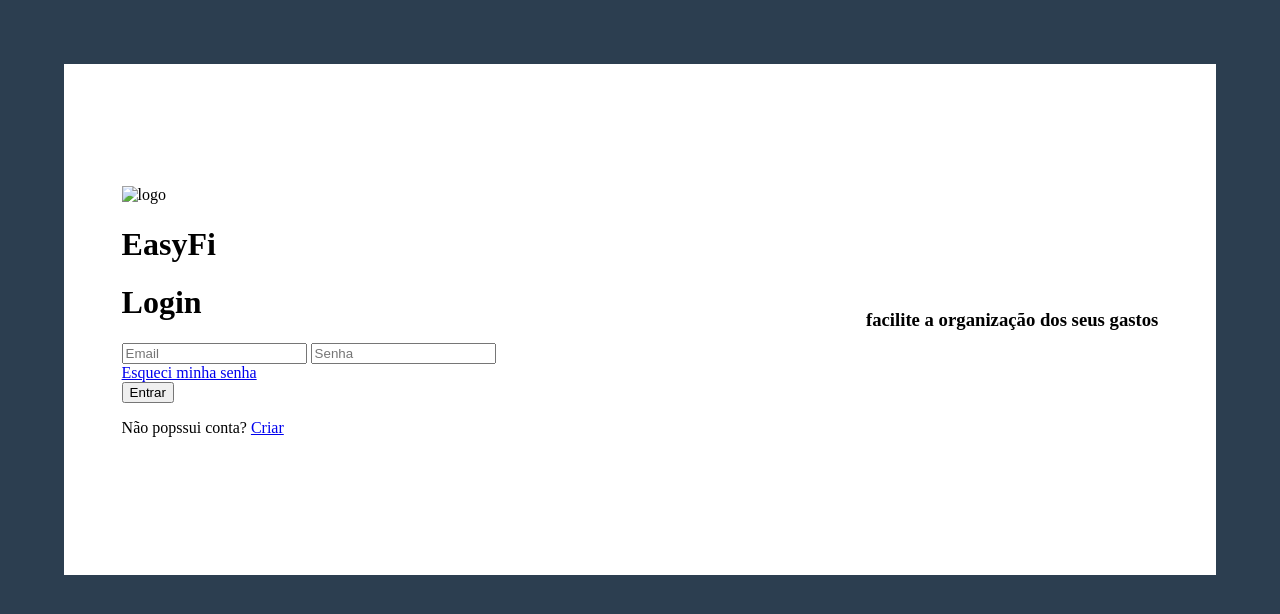
Repository: Ingridiag/projeto-engenharia
Page: login.html
These files come from the project's save history. The page is drawn as it stood at one moment and after a run of saves; the edit follows.
The browser window is 1280 px wide. The pictures show the whole page.

Above is the page before, as saved 2024-10-28 15:17:28.

After the next 6 saves:
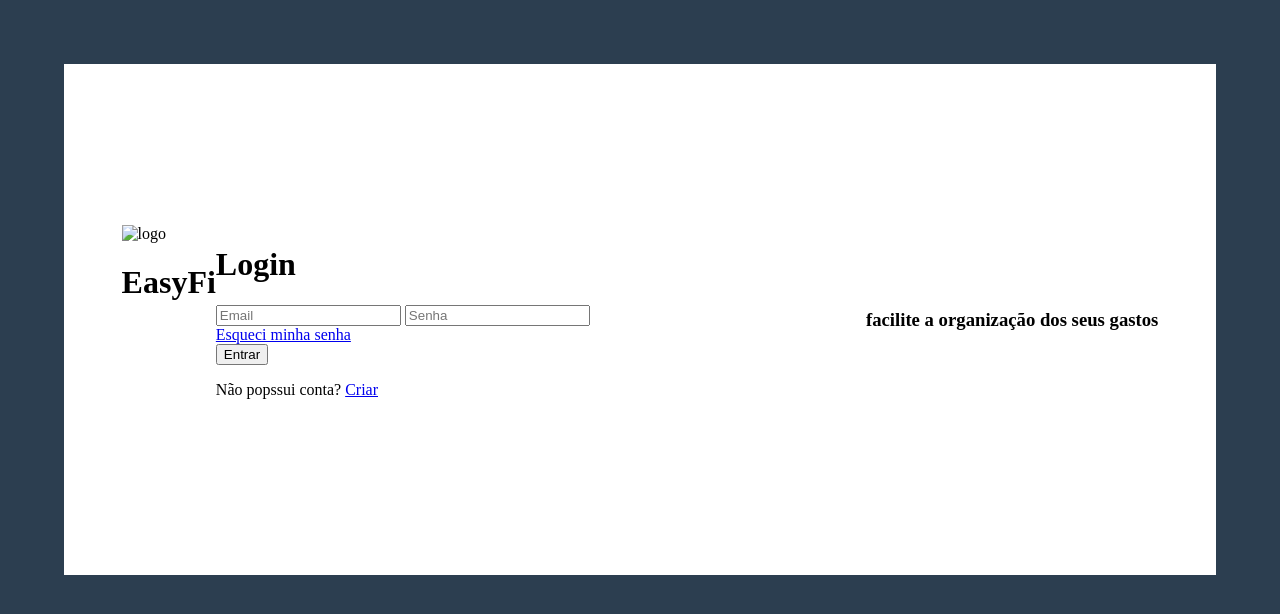
The 6 saves are shown as one change because they came seconds apart.
The last was saved 21 s later.
--- a/style.css
+++ b/style.css
@@ -22,7 +22,8 @@ body {
 }
 
 .primeira-coluna{
-
+    display: flex;
+    align-items;
 }
 .cadastro{
     display: none;
